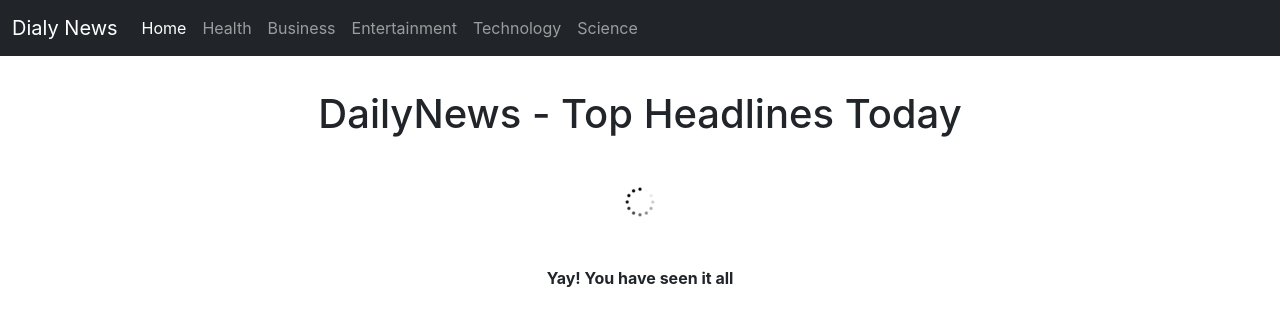
Repository: dikshant-chauhan04/news-app
Page: /
The author's editor kept a copy of each file at every save. The page is drawn from the files as they stood at one save, then again after the next save.
The browser window is 1280 px wide. The pictures show the whole page.
The page's requests for data from a server got no answer. The project was rebuilt for these pictures with package versions that can differ from the ones it lists, and the page was loaded fresh each time. No one was signed in, and anything a server would have sent is missing. Also part of the build but not shown: src/components/NewsItem.js.

Above is the page before, as saved 2022-04-22 19:14:12.

### src/components/Navbar.js
import React from "react";
import { Link } from "react-router-dom";

function Navbar() {
  return (
      <div>
     <nav className="navbar navbar-expand-lg navbar-dark bg-dark fixed-top zindex-fixed">
  <div className="container-fluid">
    <Link className="navbar-brand" to="/">Dialy News</Link>

    <div className="collapse navbar-collapse" id="navbarNavDropdown">
      <ul className="navbar-nav">
        <li className="nav-item">
          <Link className="nav-link active" aria-current="page" to="/">Home</Link>
        </li>
        <li className="nav-item">
          <Link className="nav-link" to="/health">Health</Link>
        </li>
        <li className="nav-item">
          <Link className="nav-link" to="/business">Business</Link>
        </li>
        <li className="nav-item">
          <Link className="nav-link" to="/entertainment">Entertainment</Link>
        </li>
        <li className="nav-item">
          <Link className="nav-link" to="/technology">Technology</Link>
        </li>
        <li className="nav-item">
          <Link className="nav-link" to="/science">Science</Link>
        </li>
      </ul>

    </div>

    <button className="navbar-toggler" type="button" data-bs-toggle="collapse" data-bs-target="#navbarNavDropdown" aria-controls="navbarNavDropdown" aria-expanded="false" aria-label="Toggle navigation">
      <span className="navbar-toggler-icon"></span>
    </button>
  </div>
</nav>
      </div>
    )
  }

  export default Navbar

### src/components/News.js
import React, { useState, useEffect } from 'react'
import Loading from './Loading';
import InfiniteScroll from 'react-infinite-scroll-component'
import NewsItem from './NewsItem';

const News = (props)=> {

  const [articles, setArticles] = useState([])
  const [loading, setLoading] = useState(true)
  const [page, setPage] = useState(1)
  const [totalResults, settotalResults] = useState(0)

  const capitalizeFirstLetter = (string) => {
    return string.charAt(0).toUpperCase() + string.slice(1);
}


  const updateNews = async ()=>{
      const url = `https://newsapi.org/v2/top-headlines?country=${props.country}&category=${props.category}&apiKey=${props.apiKey}&page=${page}&pageSize=${props.pageSize}`;
      setLoading(true);
      let response = await fetch(url);
      let data = await response.json();
      setArticles(data.articles);
      settotalResults(data.totalResults);
      setLoading(false);
    }

    useEffect(() => {
      document.title = `DailyNews - ${capitalizeFirstLetter(props.category === 'general'? 'home': props.category)}`;
      updateNews();
      // eslint-disable-next-line
  }, [])



    const fetchMoreData = async () => {
      const url = `https://newsapi.org/v2/top-headlines?country=${props.country}&category=${props.category}&apiKey=${props.apiKey}&page=${page + 1}&pageSize=${props.pageSize}`;
      setPage(page + 1)
      let response = await fetch(url);
      let data = await response.json();
     setArticles(articles.concat(data.articles));
     settotalResults(data.totalResults);
    };


    return (
      <>
        <h1 className='text-center' style={{marginTop : "90px"}}>DailyNews - Top Headlines Today</h1>
        {loading && <Loading/>}
        <InfiniteScroll
          dataLength={articles.length}
          next={fetchMoreData}
          hasMore={articles.length !== totalResults}
          loader={<Loading/>}
          endMessage={
            <p style={{ textAlign: 'center' }}>
              <b>Yay! You have seen it all</b>
            </p>
          }
        >
          <div className="container">
         <div className='row' >
         {articles.map((elem)=>{
          return <div className="col-md-4" key={elem.url}>
             <NewsItem title={elem.title} source={elem.source.name} description={elem.description} imageUrl={elem.urlToImage? elem.urlToImage : "https://picsum.photos/id/467/200/100"} newsUrl={elem.url} author={elem.author} publishTime={elem.publishedAt}/>
          </div>

         })}
         </div>
         </div>
         </InfiniteScroll>

      </>
    )
  }


export default News;

### src/components/Loading.js

import React from 'react'
import loading from './loading.gif'

function Loading() {
  return (
    <div className='text-center my-5'>
    <img src={loading} alt="loading"></img>
    </div>
  )
}

export default Loading

Loaded but not shown: public/index.html (common file); src/index.js (common file); src/index.css (common file); src/App.js (common file); src/reportWebVitals.js (common file)

After the next save:
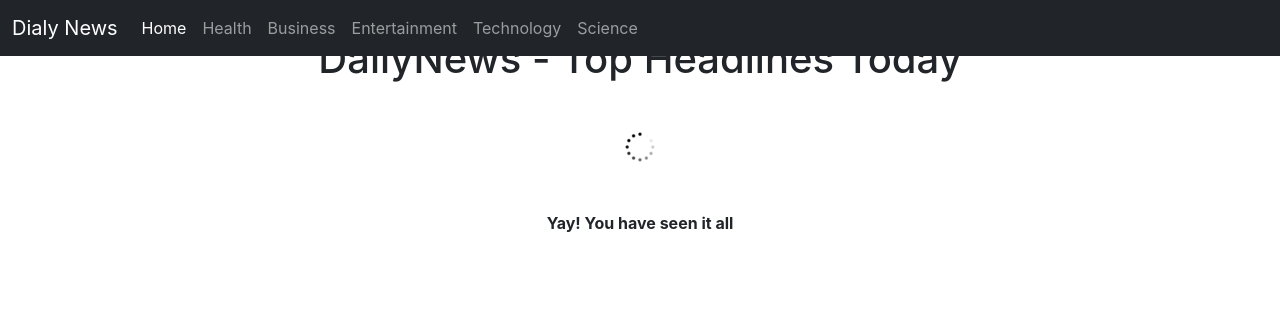
Saved 28 s later.
--- a/src/components/News.js
+++ b/src/components/News.js
@@ -45,7 +45,7 @@ const News = (props)=> {
 
     return (
       <>
-        <h1 className='text-center' style={{marginTop : "90px"}}>DailyNews - Top Headlines Today</h1>
+        <h1 className='text-center' style={{margin : "35px 90px"}}>DailyNews - Top Headlines Today</h1>
         {loading && <Loading/>}
         <InfiniteScroll
           dataLength={articles.length}
